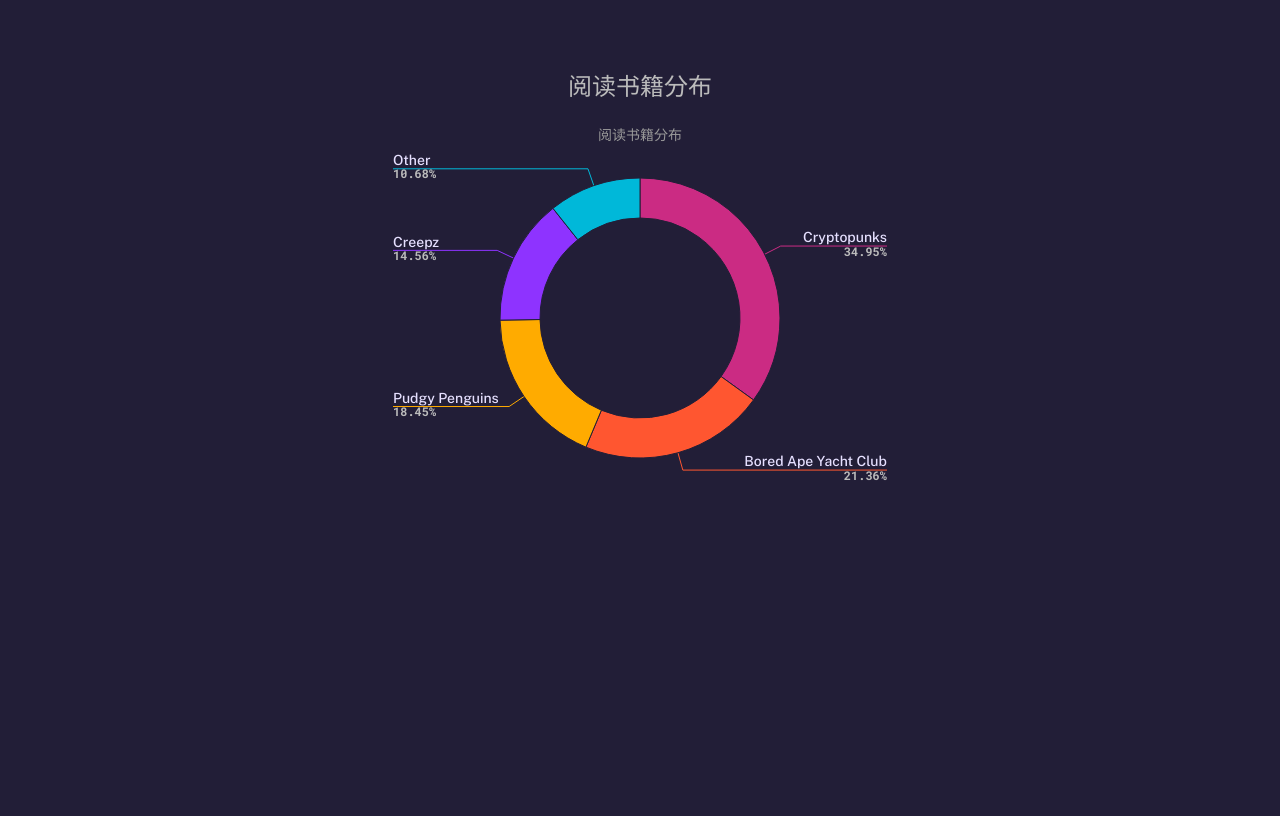
Repository: gorillabiscuit/Apache-eCharts-donut
Page: /
An editor plug-in stored every save of this project. The page is shown before and after the next save, followed by the edit.
The browser window is 1280 px wide. The pictures show the whole page.
The project was rebuilt for these pictures with package versions that can differ from the ones it lists, and the page was loaded fresh each time. Also part of the build but not shown: vite.config.ts.

Above is the page before, as saved 2025-08-14 16:09:20.

### index.html
<!doctype html>
<html lang="en">
  <head>
    <meta charset="UTF-8" />
    <link rel="icon" type="image/svg+xml" href="/vite.svg" />
    <meta name="viewport" content="width=device-width, initial-scale=1.0" />
    <link rel="preconnect" href="https://fonts.googleapis.com" />
    <link rel="preconnect" href="https://fonts.gstatic.com" crossorigin />
    <link href="https://fonts.googleapis.com/css2?family=Public+Sans:wght@500&family=Roboto+Mono:wght@700&display=swap" rel="stylesheet" />
    <title>Vite + React + TS</title>
  </head>
  <body>
    <div id="root"></div>
    <script type="module" src="/src/main.tsx"></script>
  </body>
</html>

### src/index.css
:root {
  font-family: system-ui, Avenir, Helvetica, Arial, sans-serif;
  line-height: 1.5;
  font-weight: 400;

  color-scheme: light dark;
  color: rgba(255, 255, 255, 0.87);
  background-color: #221E37;

  font-synthesis: none;
  text-rendering: optimizeLegibility;
  -webkit-font-smoothing: antialiased;
  -moz-osx-font-smoothing: grayscale;
}

a {
  font-weight: 500;
  color: #646cff;
  text-decoration: inherit;
}
a:hover {
  color: #535bf2;
}

body {
  margin: 0;
  display: flex;
  place-items: center;
  min-width: 320px;
  min-height: 100vh;
}

h1 {
  font-size: 3.2em;
  line-height: 1.1;
}

button {
  border-radius: 8px;
  border: 1px solid transparent;
  padding: 0.6em 1.2em;
  font-size: 1em;
  font-weight: 500;
  font-family: inherit;
  background-color: #1a1a1a;
  cursor: pointer;
  transition: border-color 0.25s;
}
button:hover {
  border-color: #646cff;
}
button:focus,
button:focus-visible {
  outline: 4px auto -webkit-focus-ring-color;
}

@media (prefers-color-scheme: light) {
  :root {
    color: #213547;
    background-color: #221E37;
  }
  a:hover {
    color: #747bff;
  }
  button {
    background-color: #f9f9f9;
  }
}

### src/App.tsx
import './App.css'
import MultiPie from './components/MultiPie'

function App() {
  return (
    <div style={{ padding: 16, background: '#221E37', minHeight: '100vh' }}>
      <h2 style={{ color: '#BBB' }}>阅读书籍分布</h2>
      <MultiPie />
    </div>
  )
}

export default App

### src/components/MultiPie.tsx
import { useEffect, useRef } from 'react'
import * as echarts from 'echarts/core'
import { PieChart } from 'echarts/charts'
import { TitleComponent } from 'echarts/components'
import { CanvasRenderer } from 'echarts/renderers'

echarts.use([TitleComponent, PieChart, CanvasRenderer])

export default function MultiPie() {
  const chartContainerRef = useRef<HTMLDivElement | null>(null)

  useEffect(() => {
    if (!chartContainerRef.current) return

    const chart = echarts.init(chartContainerRef.current)

    const data = [
      { name: 'Cryptopunks', value: 36, itemStyle: { color: '#CB2B83' } },
      { name: 'Bored Ape Yacht Club', value: 22, itemStyle: { color: '#FF5630' } },
      { name: 'Pudgy Penguins', value: 19, itemStyle: { color: '#FFAB00' } },
      { name: 'Creepz', value: 15, itemStyle: { color: '#8E33FF' } },
      { name: 'Other', value: 11, itemStyle: { color: '#00B8D9' } }
    ]

    type LabelLayoutParams = {
      labelRect: { x: number; width: number }
      labelLinePoints: [number[], number[], number[]]
    }

    const option: echarts.EChartsCoreOption = {
      backgroundColor: '#221E37',
      color: ['#CB2B83', '#00B8D9', '#8E33FF', '#FF5630', '#FFAB00'],
      title: {
        text: '阅读书籍分布',
        left: 'center',
        textStyle: {
          color: '#999',
          fontWeight: 'normal',
          fontSize: 14
        }
      },
      series: [
        {
          type: 'pie',
          radius: [100, 140],
          center: ['50%', '50%'],
          left: 'center',
          width: 514,
          itemStyle: {
            borderColor: '#221E37',
            borderWidth: 1
          },
          label: {
            alignTo: 'edge',
            formatter: '{name|{b}}\n{percent|{d}%}',
            minMargin: 5,
            edgeDistance: 10,
            lineHeight: 14,
            rich: {
              name: {
                fontSize: 14,
                fontFamily: 'Public Sans',
                fontWeight: 500,
                color: '#E6E0FF',
                lineHeight: 12
              },
              percent: {
                fontSize: 12,
                fontFamily: 'Roboto Mono',
                fontWeight: 700,
                color: '#BBB',
                lineHeight: 16
              }
            }
          },
          labelLine: {
            length: 18,
            length2: 8,
            maxSurfaceAngle: 80
          },
          labelLayout: (params: LabelLayoutParams) => {
            const isLeft = params.labelRect.x < chart.getWidth() / 2
            const points = params.labelLinePoints
            points[2][0] = isLeft
              ? params.labelRect.x
              : params.labelRect.x + params.labelRect.width
            return {
              labelLinePoints: points
            }
          },
          data
        }
      ]
    }

    chart.setOption(option)

    const handleResize = () => chart.resize()
    window.addEventListener('resize', handleResize)

    return () => {
      window.removeEventListener('resize', handleResize)
      chart.dispose()
    }
  }, [])

  return (
    <div
      ref={chartContainerRef}
      style={{ width: 514, minWidth: 514, maxWidth: 514, height: 388 }}
    />
  )
}

Loaded but not shown: src/main.tsx (common file); src/App.css (common file)

After the next save:
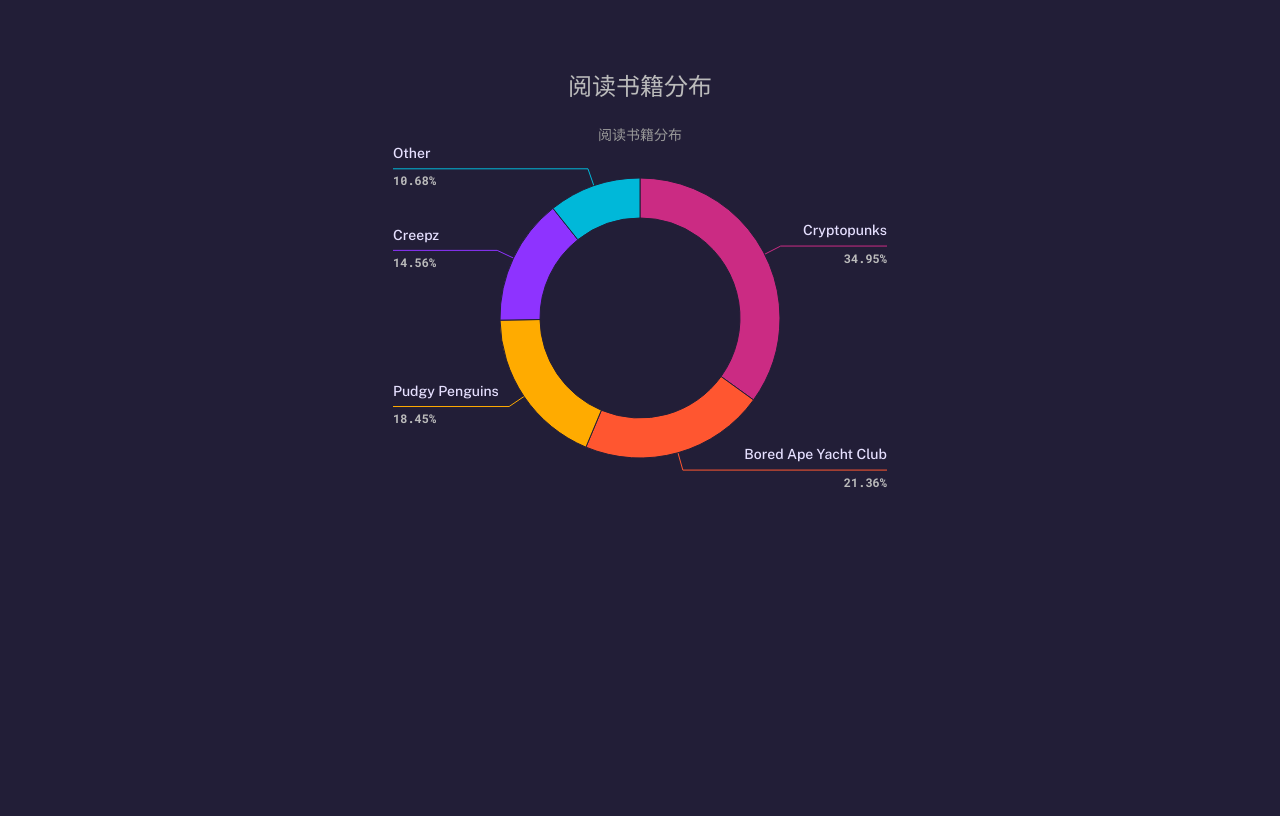
Saved 41 s later.
--- a/src/components/MultiPie.tsx
+++ b/src/components/MultiPie.tsx
@@ -52,7 +52,7 @@
           },
           label: {
             alignTo: 'edge',
-            formatter: '{name|{b}}\n{percent|{d}%}',
+            formatter: '{name|{b}}\n{gap|}\n{percent|{d}%}',
             minMargin: 5,
             edgeDistance: 10,
             lineHeight: 14,
@@ -63,6 +63,9 @@
                 fontWeight: 500,
                 color: '#E6E0FF',
                 lineHeight: 12
+              },
+              gap: {
+                height: 2
               },
               percent: {
                 fontSize: 12,
